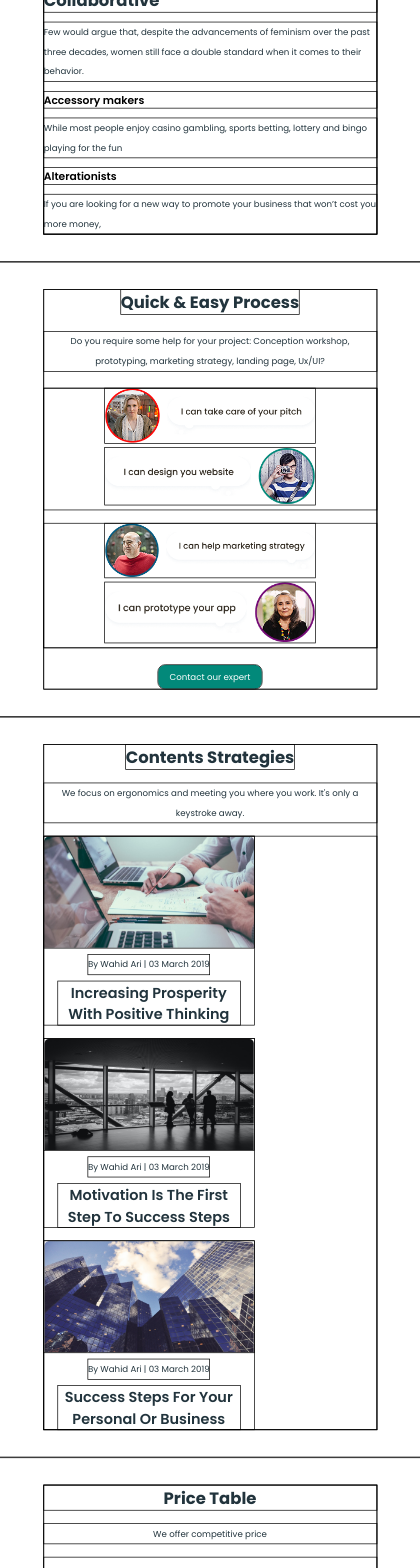
Repository: Amirovvas/Product
Page: index.html
These files come from the project's save history. The page is drawn as it stood at one moment and after the next save; the edit follows.
The browser window is 600 px wide. The pictures show the part of the page from y = 4260 to 6500 px (the page is 9849 px tall before and 9756 px after), at 70% of full size.
A picture or video elsewhere on the page could not be fetched, so the positions and the page height are approximate.

Above is the page before, as saved 2025-10-11 00:26:41.

After the next save:
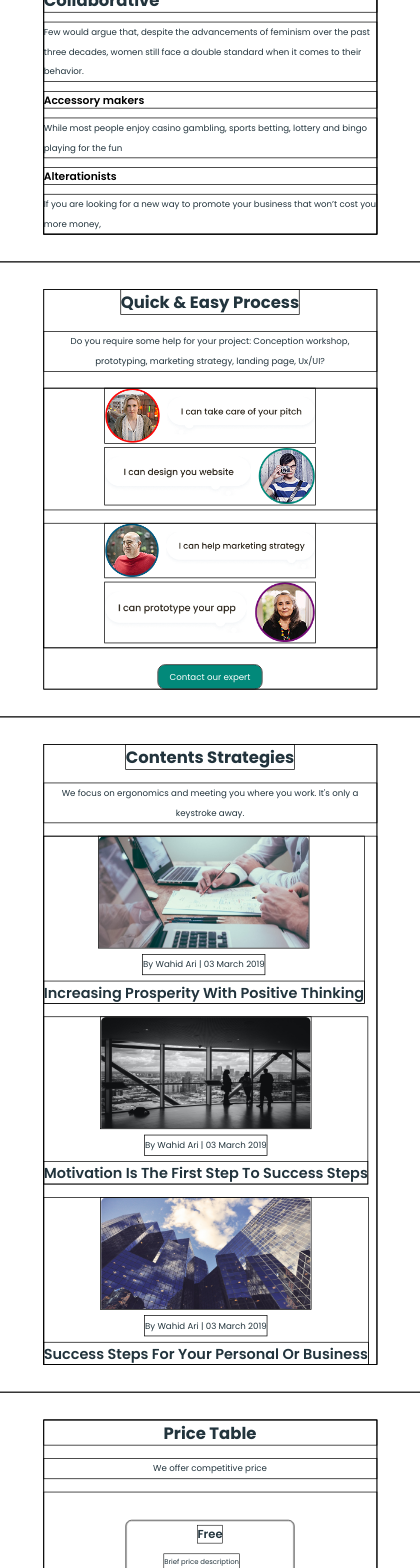
Saved 6 s later.
--- a/css/media.css
+++ b/css/media.css
@@ -239,10 +239,10 @@
           justify-content: center;
           text-align: center;
 
-          h3 {
+          /* h3 {
             width: 100%;
             max-width: 260px;
-          }
+          } */
         }
       }
     }

After the save that followed:
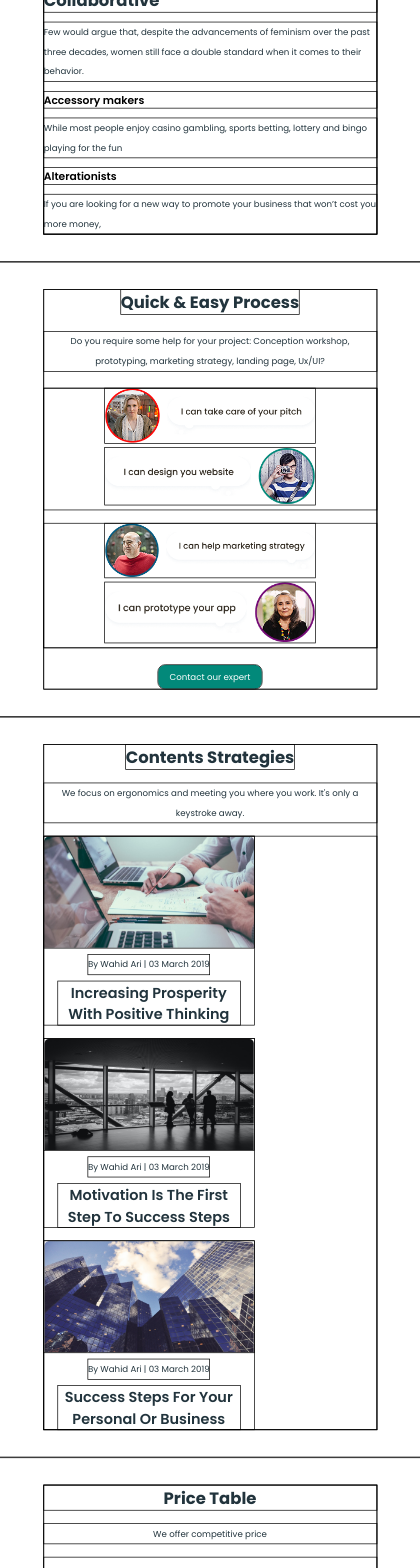
Saved 5 s later.
--- a/css/media.css
+++ b/css/media.css
@@ -239,10 +239,10 @@
           justify-content: center;
           text-align: center;
 
-          /* h3 {
+          h3 {
             width: 100%;
             max-width: 260px;
-          } */
+          }
         }
       }
     }
